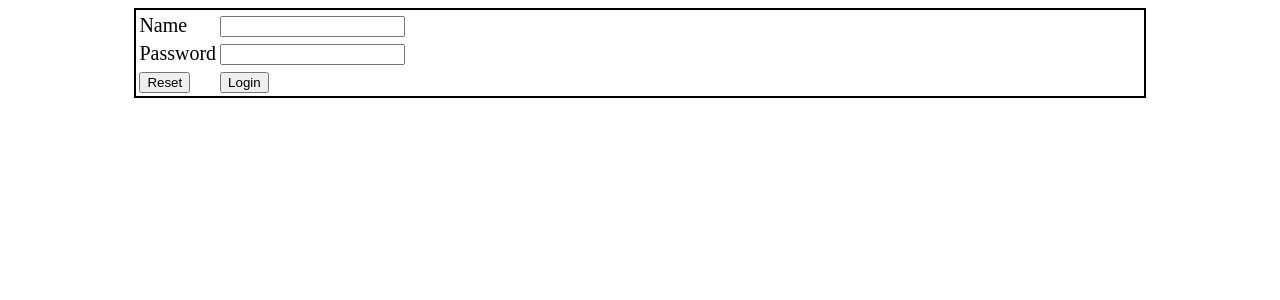
Repository: jks2127/SMS-webApp
Page: sms 1.2/WebContent/index.html
An editor plug-in stored every save of this project. The page is shown before and after the next save, followed by the edit.
The browser window is 1280 px wide. The pictures show the whole page.

Above is the page before, as saved 2021-06-11 12:05:27.

After the next save:
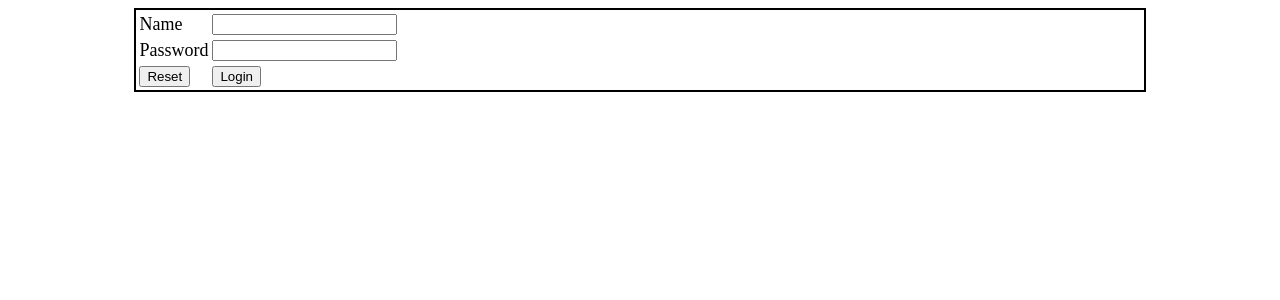
Saved 11 s later.
--- a/sms 1.2/WebContent/index.html
+++ b/sms 1.2/WebContent/index.html
@@ -9,7 +9,7 @@
 		margin-left:10%;
 		margin-right:10%;
 		border:2px solid black;
-		font-size:20px;
+		font-size:18px;
 		}
 	</style>
 </head>
